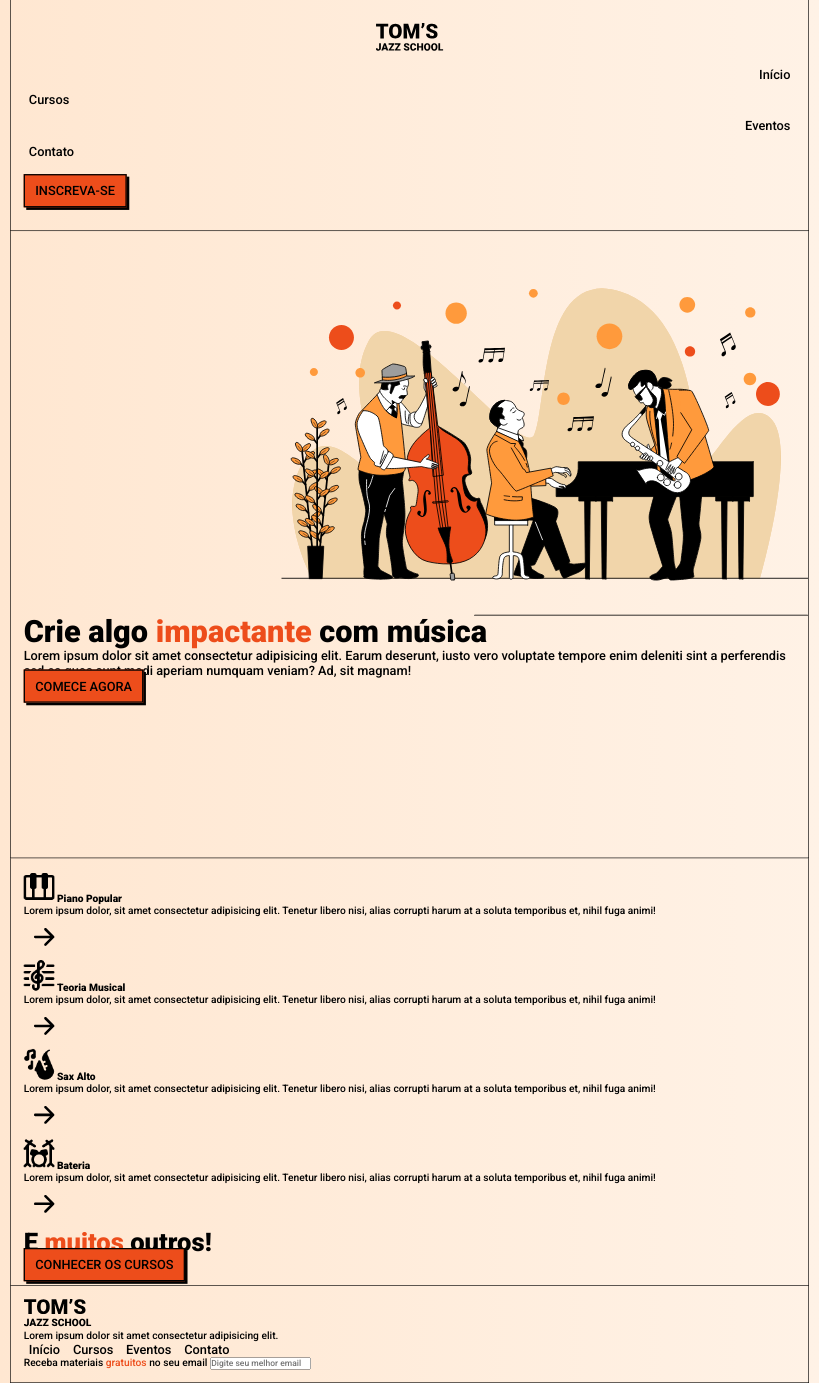
Repository: tenoriodasilva31/OBC-Music-School
Page: index.html
These files come from the project's save history. The page is drawn as it stood at one moment and after the next save; the edit follows.
The browser window is 1280 px wide. The pictures show the whole page, at 64% of full size.

Above is the page before, as saved 2023-07-05 17:27:39.

After the next save:
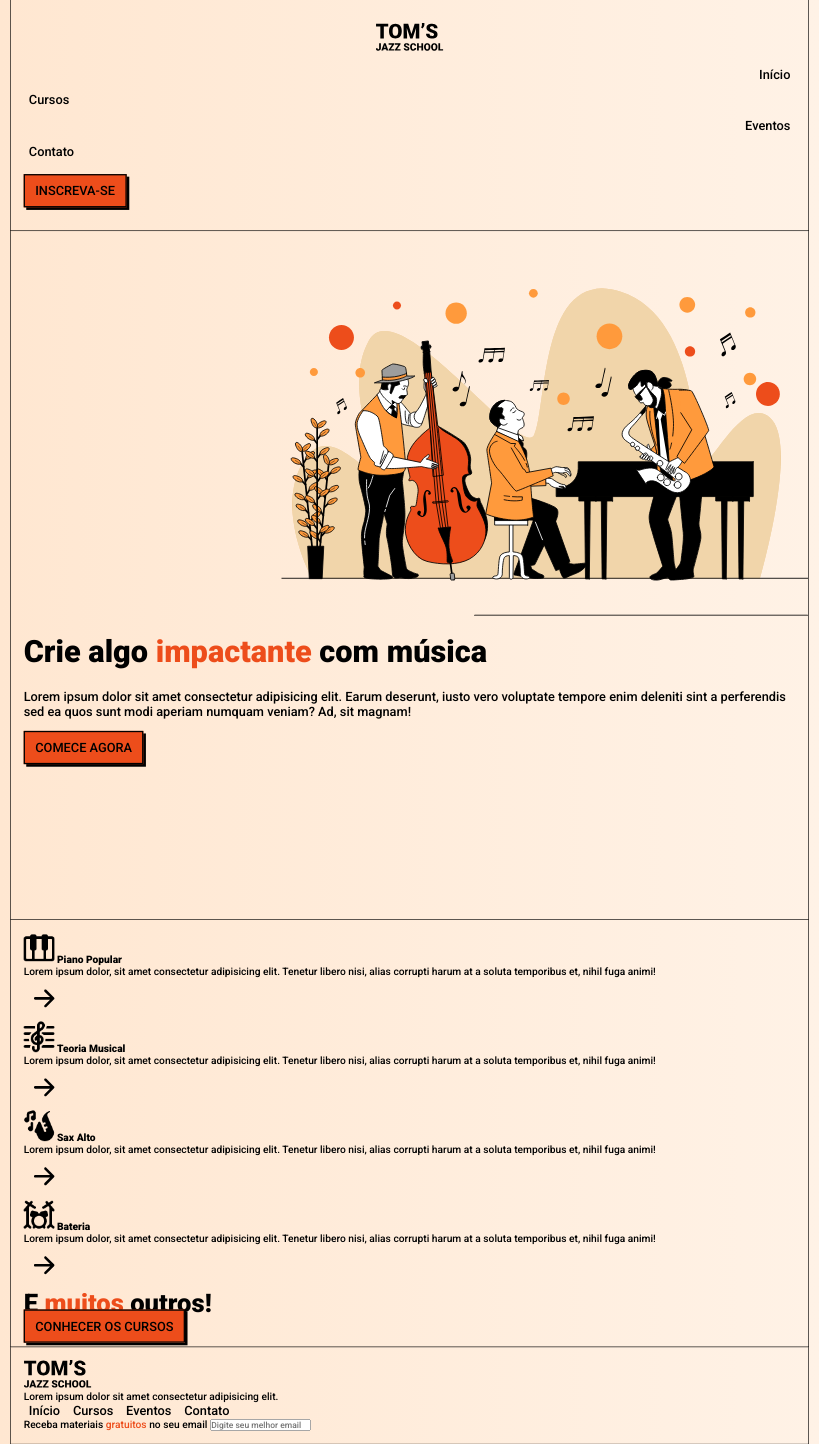
Saved 4 min 0 s later.
--- a/index.html
+++ b/index.html
@@ -27,8 +27,8 @@
         <section class="hero-section">
             <img src="/img/hero-img.svg" alt="Banda de jazz se apresentando">
             <div>
-                <h1>Crie algo <span class="text-primary">impactante</span> com música</h1>
-                <p>Lorem ipsum dolor sit amet consectetur adipisicing elit. Earum deserunt, iusto vero voluptate tempore enim deleniti sint a perferendis sed ea quos sunt modi aperiam numquam veniam? Ad, sit magnam!</p>
+                <h1 class="mt-2">Crie algo <span class="text-primary">impactante</span> com música</h1>
+                <p class="mt-2 mb-2">Lorem ipsum dolor sit amet consectetur adipisicing elit. Earum deserunt, iusto vero voluptate tempore enim deleniti sint a perferendis sed ea quos sunt modi aperiam numquam veniam? Ad, sit magnam!</p>
                 <a href="#" class="button mt-1 mb-1 nx-auto">Comece agora</a>
             </div>
         </section>
